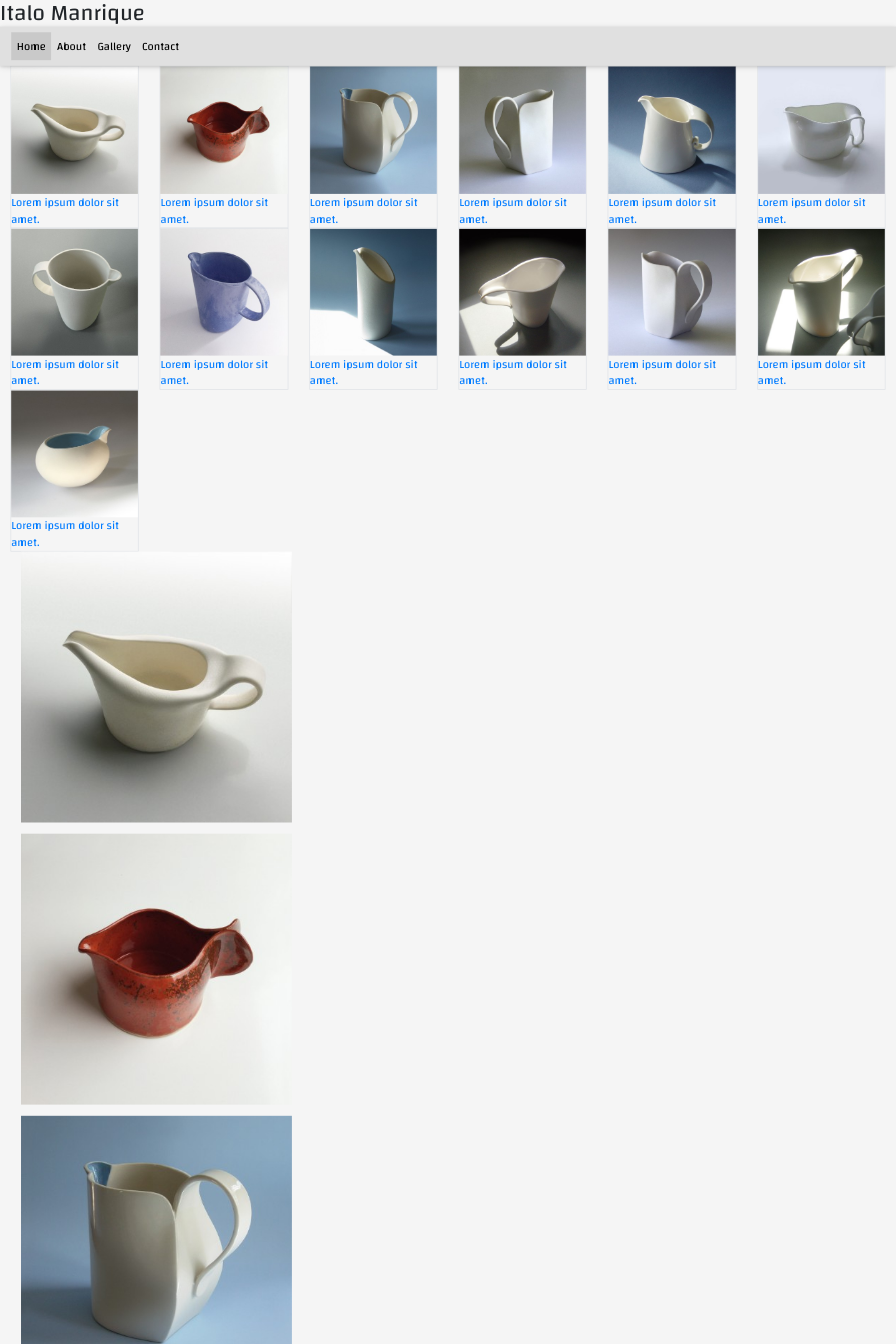
Repository: ManrOsca/ceramics
Page: MDB/gallery.html
The author's editor kept a record of every edit. The page is drawn from the files as they stood at one moment, then again after the next edit.
The browser window is 1280 px wide. The pictures show the part of the page from y = 0 to 1920 px (the page is 6023 px tall before and 6041 px after), at 70% of full size.

Above is the page before.

### MDB/gallery.html
<!DOCTYPE html>
<html lang="en">

<head>
    <meta charset="utf-8">
    <meta name="viewport" content="width=device-width, initial-scale=1, shrink-to-fit=no">
    <meta http-equiv="x-ua-compatible" content="ie=edge">
    <title>
        <p class="changa text-uppercase">ITALO MANRIQUE - ceramics</p>
    </title>
    <!-- Font Awesome -->
    <link rel="stylesheet" href="https://maxcdn.bootstrapcdn.com/font-awesome/4.7.0/css/font-awesome.min.css">
    <!-- Bootstrap core CSS -->
    <link href="css/bootstrap.min.css" rel="stylesheet">
    <!-- Material Design Bootstrap -->
    <link href="css/mdb.min.css" rel="stylesheet">
    <!-- Your custom styles (optional) -->
    <link href="https://fonts.googleapis.com/css?family=Changa" rel="stylesheet">
    <link href="css/style.css" rel="stylesheet">
<!--    <script type="text/javascript">

    // MDB Lightbox Init
        (function () {
            ("#mdb-lightbox-ui").load("mdb-addons/mdb-lightbox-ui.html");
        });
    </script>   -->
</head>

<body class="grey lighten-4">
    <!--Main Navigation-->
    <header class="sticky-top">
        <h2 class="changa grey lighten-4">Italo Manrique</h2>
        <nav class="navbar navbar-expand-lg navbar-light grey lighten-2">

            <button class="navbar-toggler" type="button" data-toggle="collapse" data-target="#navbarText" aria-controls="navbarText" aria-expanded="false" aria-label="Toggle navigation">
                <span class="navbar-toggler-icon"></span>
            </button>
            <div class="collapse navbar-collapse" id="navbarText">
                <ul class="navbar-nav mr-auto">
                    <li class="nav-item active">
                        <a class="nav-link changa" href="#home">Home <span class="sr-only">(current)</span></a>
                    </li>
                    <li class="nav-item">
                        <a class="nav-link changa" href="#about">About</a>
                    </li>
                    <li class="nav-item">
                        <a class="nav-link changa" href="#gallery">Gallery</a>
                    </li>
                    <li class="nav-item">
                        <a class="nav-link changa" href="#contact">Contact</a>
                    </li>
                </ul>

            </div>
        </nav>
    </header>
    <!--Main Navigation-->

    <!--Main layout-->
    <main>

        <div class="container-fluid">


            <div class="row">

                <div class="col-lg-2 col-sm-4">
                  <div class="img-thumbnail">
                      <a href="img/carrara-jug.jpg">
                     <img src="img/carrara-jug-thumb.jpg" alt="carrara" class="img-responsive">
                     <div class="caption">Lorem ipsum dolor sit amet.</div>
                     </a>
                  </div>
                </div>

                <div class="col-lg-2 col-sm-4">
                  <div class="img-thumbnail">
                      <a href="img/IMG_1950.jpg">
                     <img src="img/IMG_1950-thumb.jpg" alt="1950" class="img-responsive">
                     <div class="caption">Lorem ipsum dolor sit amet.</div>
                     </a>
                  </div>
                </div>

                <div class="col-lg-2 col-sm-4">
                  <div class="img-thumbnail">
                      <a href="img/jug-1.jpg">
                     <img src="img/jug-1-thumb.jpg" alt="jug-1" class="img-responsive">
                     <div class="caption">Lorem ipsum dolor sit amet.</div>
                     </a>
                  </div>
                </div>


                <div class="col-lg-2 col-sm-4">
                  <div class="img-thumbnail">
                      <a href="img/jug-2.jpg">
                     <img src="img/jug-2-thumb.jpg" alt="jug-2" class="img-responsive">
                     <div class="caption">Lorem ipsum dolor sit amet.</div>
                     </a>
                  </div>
                </div>

                <div class="col-lg-2 col-sm-4">
                  <div class="img-thumbnail">
                      <a href="img/jug-3.jpg">
                     <img src="img/jug-3-thumb.jpg" alt="jug-3" class="img-responsive">
                     <div class="caption">Lorem ipsum dolor sit amet.</div>
                     </a>
                  </div>
                </div>


                <div class="col-lg-2 col-sm-4">
                  <div class="img-thumbnail">
                      <a href="img/jug-4.jpg">
                     <img src="img/jug-4-thumb.jpg" alt="jug-4" class="img-responsive">
                     <div class="caption">Lorem ipsum dolor sit amet.</div>
                     </a>
                  </div>
                </div>


                <div class="col-lg-2 col-sm-4">
                  <div class="img-thumbnail">
                      <a href="img/jug-5.jpg">
                     <img src="img/jug-5-thumb.jpg" alt="jug-5" class="img-responsive">
                     <div class="caption">Lorem ipsum dolor sit amet.</div>
                     </a>
                  </div>
                </div>


                <div class="col-lg-2 col-sm-4">
                  <div class="img-thumbnail">
                      <a href="img/jug-6.jpg">
                     <img src="img/jug-6-thumb.jpg" alt="jug-6" class="img-responsive">
                     <div class="caption">Lorem ipsum dolor sit amet.</div>
                     </a>
                  </div>
                </div>


                <div class="col-lg-2 col-sm-4">
                  <div class="img-thumbnail">
                      <a href="img/jug-7.jpg">
                     <img src="img/jug-7-thumb.jpg" alt="jug-7" class="img-responsive">
                     <div class="caption">Lorem ipsum dolor sit amet.</div>
                     </a>
                  </div>
                </div>


                <div class="col-lg-2 col-sm-4">
                  <div class="img-thumbnail">
                      <a href="img/jug-8.jpg">
                     <img src="img/jug-8-thumb.jpg" alt="jug-8" class="img-responsive">
                     <div class="caption">Lorem ipsum dolor sit amet.</div>
                     </a>
                  </div>
                </div>


                <div class="col-lg-2 col-sm-4">
                  <div class="img-thumbnail">
                      <a href="img/jug-9.jpg">
                     <img src="img/jug-9-thumb.jpg" alt="jug-9" class="img-responsive">
                     <div class="caption">Lorem ipsum dolor sit amet.</div>
                     </a>
                  </div>
                </div>


                <div class="col-lg-2 col-sm-4">
                  <div class="img-thumbnail">
                      <a href="img/jug-10.jpg">
                     <img src="img/jug-10-thumb.jpg" alt="jug-10" class="img-responsive">
                     <div class="caption">Lorem ipsum dolor sit amet.</div>
                     </a>
                  </div>
                </div>


                <div class="col-lg-2 col-sm-4">
                  <div class="img-thumbnail">
                      <a href="img/maid.jpg">
                     <img src="img/maid-thumb.jpg" alt="maid" class="img-responsive">
                     <div class="caption">Lorem ipsum dolor sit amet.</div>
                     </a>
                  </div>
                </div>






                <div class="col-md-12">

                    <div id="mdb-lightbox-ui"></div>

                    <div class="mdb-lightbox no-margin">

                        <figure class="col-md-4">
                            <a href="img/carrara-jug.jpg" data-size="1080x1080">
                    <img alt="picture" src="img/carrara-jug-thumb.jpg" class="img-fluid">
                </a>
                        </figure>

                        <figure class="col-md-4">
                            <a href="img/IMG_1950.jpg" data-size="1080x1080">
                    <img alt="picture" src="img/IMG_1950-thumb.jpg" class="img-fluid" />
                </a>
                        </figure>

                        <figure class="col-md-4">
                            <a href="img/jug-1.jpg" data-size="1080x1080">
                    <img alt="picture" src="img/jug-1-thumb.jpg" class="img-fluid" />
                </a>
                        </figure>


                        <figure class="col-md-4">
                            <a href="img/jug-2.jpg" data-size="1080x1080">
                    <img alt="picture" src="img/jug-2-thumb.jpg" class="img-fluid" />
                </a>
                        </figure>


                        <figure class="col-md-4">
                            <a href="img/jug-3.jpg" data-size="1080x1080">
                    <img alt="picture" src="img/jug-3-thumb.jpg" class="img-fluid" />
                </a>
                        </figure>


                        <figure class="col-md-4">
                            <a href="img/jug-4.jpg" data-size="1080x1080">
                    <img alt="picture" src="img/jug-4-thumb.jpg" class="img-fluid" />
                </a>
                        </figure>


                        <figure class="col-md-4">
                            <a href="img/jug-5.jpg" data-size="1080x1080">
                    <img alt="picture" src="img/jug-5-thumb.jpg" class="img-fluid" />
                </a>
                        </figure>


                        <figure class="col-md-4">
                            <a href="img/jug-6.jpg" data-size="1080x1080">
                    <img alt="picture" src="img/jug-6-thumb.jpg" class="img-fluid" />
                </a>
                        </figure>


                        <figure class="col-md-4">
                            <a href="img/jug-7.jpg" data-size="1080x1080">
                    <img alt="picture" src="img/jug-7-thumb.jpg" class="img-fluid" />
                </a>
                        </figure>


                        <figure class="col-md-4">
                            <a href="img/jug-8.jpg" data-size="1080x1080">
                    <img alt="picture" src="img/jug-8-thumb.jpg" class="img-fluid" />
                </a>
                        </figure>


                        <figure class="col-md-4">
                            <a href="img/jug-9.jpg" data-size="1080x1080">
                    <img alt="picture" src="img/jug-9-thumb.jpg" class="img-fluid" />
                </a>
                        </figure>


                        <figure class="col-md-4">
                            <a href="img/jug-10.jpg" data-size="1080x1080">
                    <img alt="picture" src="img/jug-10-thumb.jpg" class="img-fluid" />
                </a>
                        </figure>


                        <figure class="col-md-4">
                            <a href="img/maid.jpg" data-size="1080x1080">
                    <img alt="picture" src="img/maid-thumb.jpg" class="img-fluid" />
                </a>
                        </figure>


                    </div>

                </div>
            </div>


<!-- Anoather take -->







        </div>
        <!--Main container-->

    </main>
    <!--Main layout-->

    <!--Footer-->
    <footer>

    </footer>
    <!--Footer-->






    <!-- SCRIPTS -->
    <!-- JQuery -->
    <script type="text/javascript" src="js/jquery-3.2.1.min.js"></script>
    <!-- Bootstrap tooltips -->
    <script type="text/javascript" src="js/popper.min.js"></script>
    <!-- Bootstrap core JavaScript -->
    <script type="text/javascript" src="js/bootstrap.min.js"></script>
    <!-- MDB core JavaScript -->
    <script type="text/javascript" src="js/mdb.min.js"></script>
</body>

</html>

### MDB/css/style.css
/* Your custom styles */

.changa {
    font-family: 'Changa', sans-serif;
}
/*
.col-sm-4 {
padding: 2px;
}
    */
.grey-text {
  color: #9e9e9e !important;
}
html body {
  font-family: 'Changa', sans-serif;
}

.figure-caption {
  font-size: 90%;
  color: #fff;
  text-transform: uppercase;
  font-weight: 600;
}
.img-thumbnail {
  border-radius: 0;
  padding: 0px !important;
  background-color: inherit;
}
.img-thumbnail img {
  max-height: 100%;
  max-width: 100%;
}

nav {
  margin-top: -0.50em;
}
col-lg-2, col-sm-4 {
  padding-left: 0px;
  padding-right: 0px;
}
/*
html,
body,
header,
#intro {
  height: 100%;
}

.home-bg {
   background: url("../img/home.jpg") no-repeat center center fixed;
    background-size: cover;
    -webkit-background-size: cover;
    -moz-background-size: cover;
    -o-background-size: cover;
}
.landing-text {
    text-align: center;
    position: absolute;
    top: 50%;
    left: 50%;
    transform: translate(-50%, -50%);
    color: grey;
}
   */

.push-down-10 {
  padding-top: 10rem;
}
.push-down-5{
  padding-top: 5rem;
}

.push-down-20 {
  padding-top: 20rem;
}
.img-thumbnail {
  max-width: none;
}

thumbnail {
  padding: 1rem;
}

div a img {
  width: 100%;
  display:block;
}
gallery {
  width:100%;
  display:flex;
  flex-flow: row wrap;
}

/*
html,
body,
header,
#intro {
  height: 100%;
}
#intro{
  background: url("img/home.jpeg") no-repeat center center fixed;
  -webkit-background-size: cover;
  -moz-background-size: cover;
  -o-background-size: cover;
  background-size: cover;
}
@import url('https://fonts.googleapis.com/css?family=Yantramanav:100');
@import url('https://fonts.googleapis.com/css?family=Montserrat:400');
    */


/*--- Media Queries --
@media screen and (max-width: 900px) {

}
@media screen and (max-width: 768px) {

}
@media screen and (max-width: 480px) {

}
*/

Loaded but not shown: MDB/css/bootstrap.min.css (library); MDB/css/mdb.min.css (library); MDB/js/jquery-3.2.1.min.js (library); MDB/js/popper.min.js (library); MDB/js/bootstrap.min.js (library); MDB/js/mdb.min.js (library)

After the next edit:
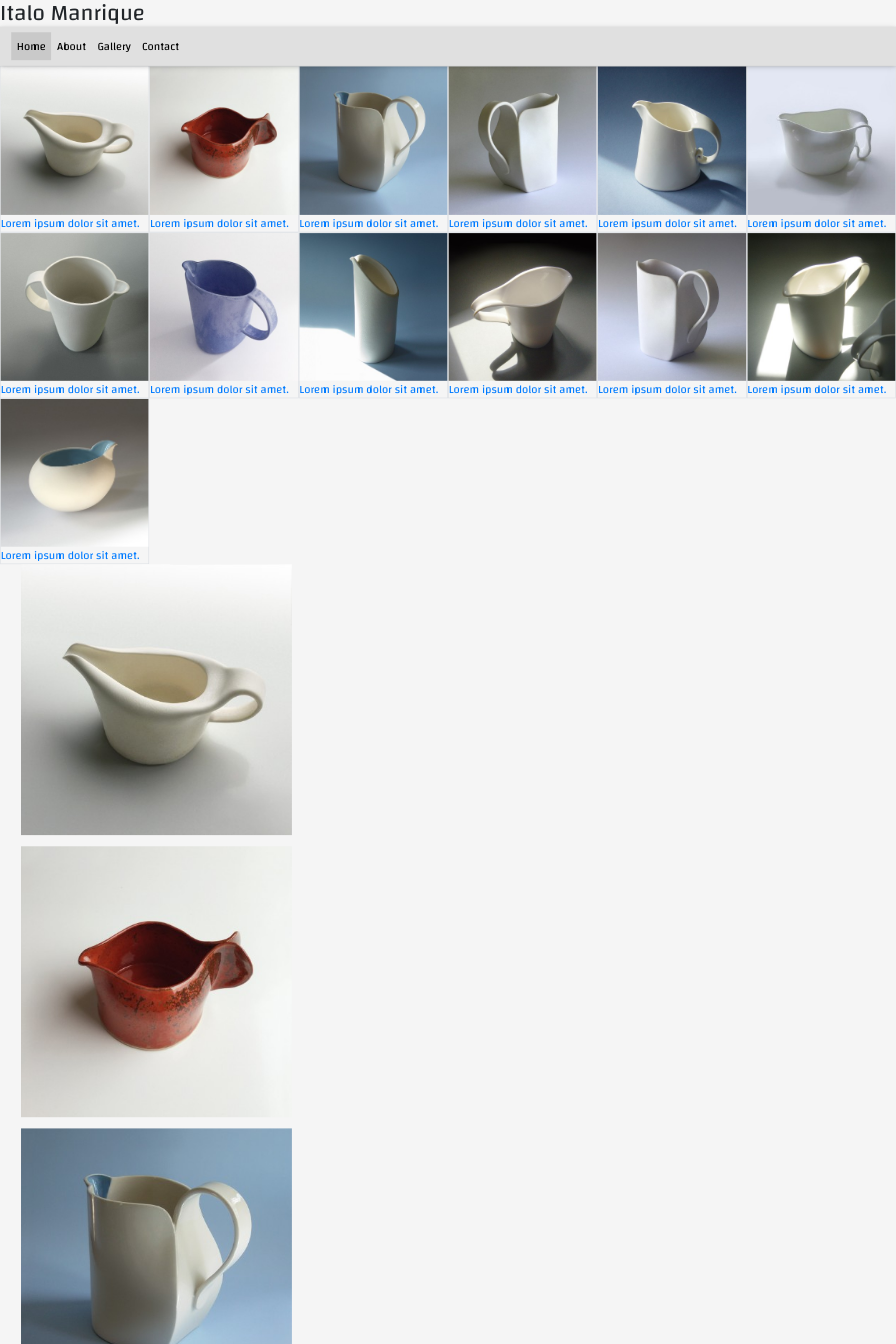
The edit:
--- a/MDB/css/style.css
+++ b/MDB/css/style.css
@@ -34,7 +34,7 @@
 nav {
   margin-top: -0.50em;
 }
-col-lg-2, col-sm-4 {
+.col-lg-2, .col-sm-4 {
   padding-left: 0px;
   padding-right: 0px;
 }
